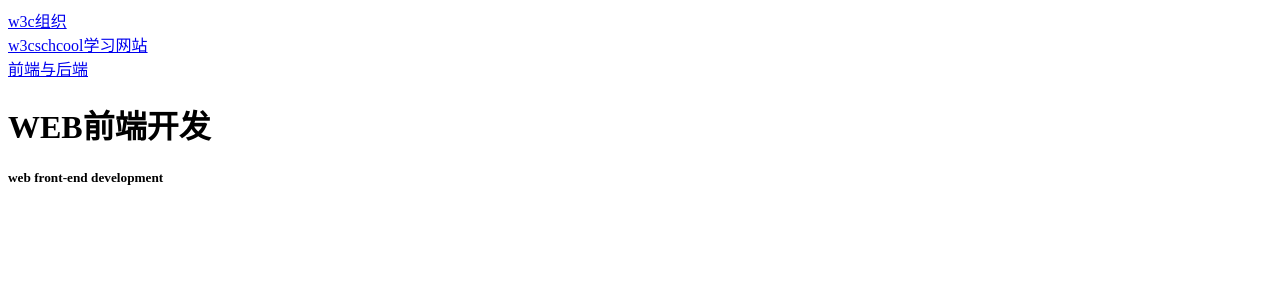
Repository: kankda11/WebProject1
Page: front.html
The author's editor kept a copy of each file at every save. The page is drawn from the files as they stood at one save, then again after a run of saves.
The browser window is 1280 px wide. The pictures show the whole page.

Above is the page before, as saved 2020-07-11 14:27:18.

After the next 3 saves:
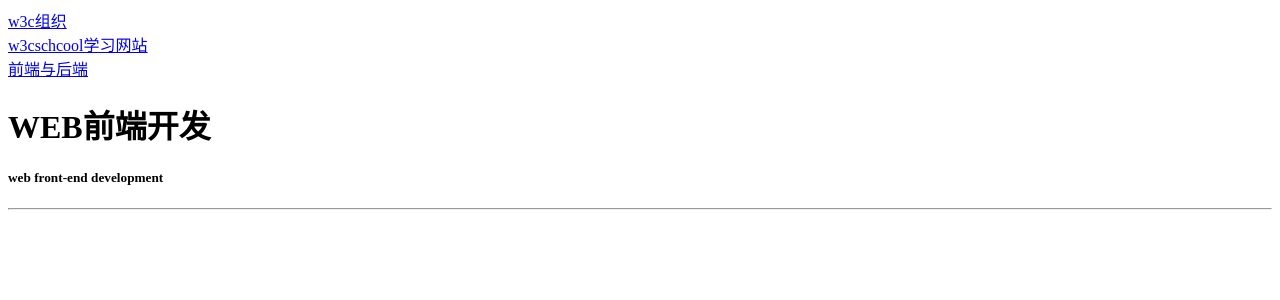
The 3 saves are shown as one change because they came seconds apart.
The last was saved 8 s later.
--- a/front.html
+++ b/front.html
@@ -11,5 +11,6 @@
     <a href="test.html">前端与后端</a><br />
     <h1>WEB前端开发</h1>
     <h5>web front-end development</h5>
+    <hr />
   </body>
 </html>
